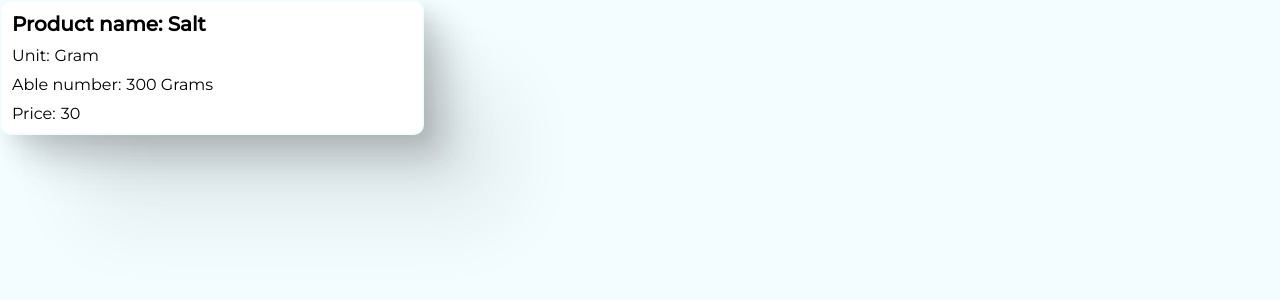
Repository: OlexandraKovach2/Vue
Page: / (app in vuexam/brila-exam/)
These files come from the project's save history. The page is drawn as it stood at one moment and after the next save; the edit follows.
The browser window is 1280 px wide. The pictures show the whole page.
The project was rebuilt for these pictures with package versions that can differ from the ones it lists, and the page was loaded fresh each time. Also part of the build but not shown: vuexam/brila-exam/vue.config.js.

Above is the page before, as saved 2022-11-08 21:52:54.

After the next save:
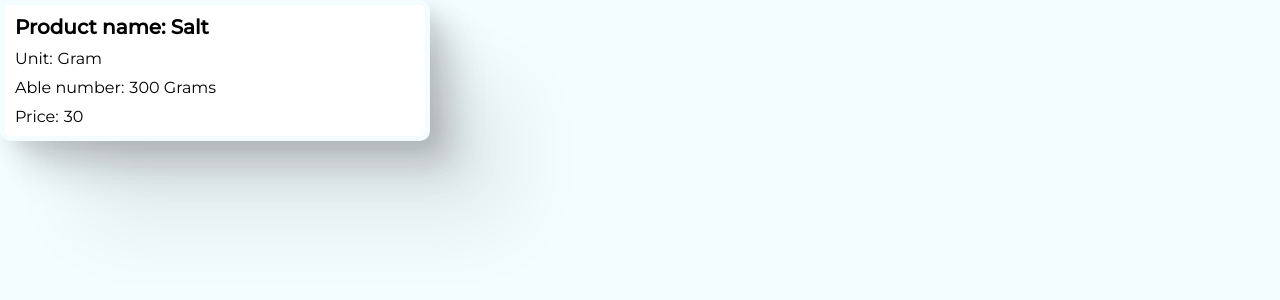
Saved 12 s later.
--- a/vuexam/brila-exam/src/components/ObjectTable/ObjectBase.vue
+++ b/vuexam/brila-exam/src/components/ObjectTable/ObjectBase.vue
@@ -56,7 +56,7 @@
     background-color: white;
     width: 400px;
     border-radius: 10px;
-    border: 2px solid rgb(243, 252, 255);
+    border: 5px solid rgb(243, 252, 255);
     box-shadow:
   6.6px 6.7px 13.7px rgba(0, 0, 0, 0.04),
   12.9px 13.2px 25.3px rgba(0, 0, 0, 0.053),
